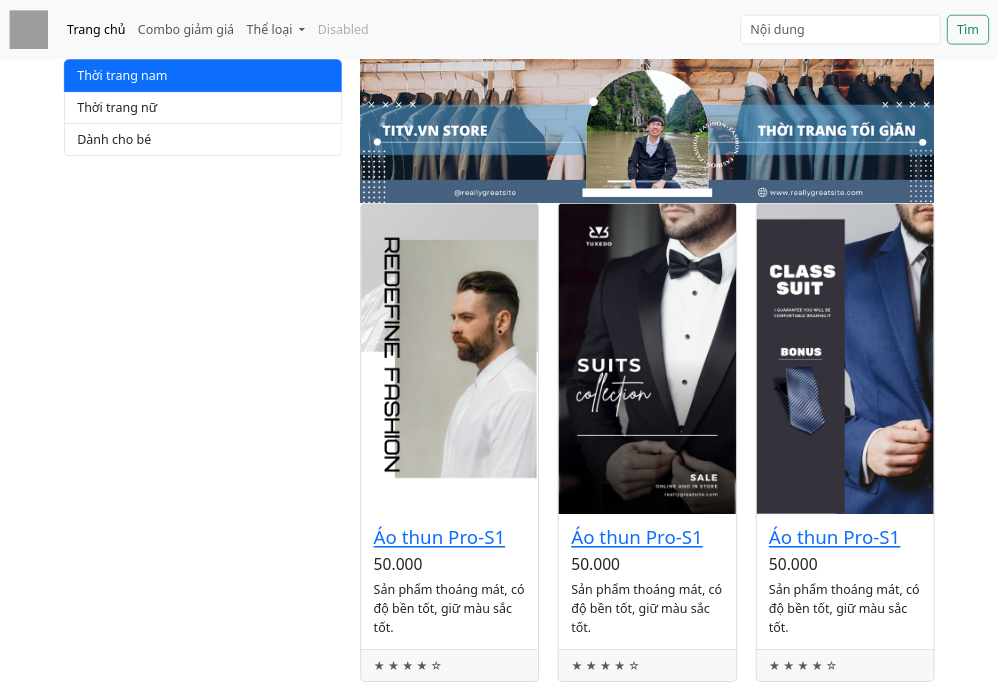
Repository: Vanh260703/Java-Servlet
Page: Bai4_Boostrap/src/main/webapp/index.html
An editor plug-in stored every save of this project. The page is shown before and after the next save, followed by the edit.
The browser window is 1280 px wide. The page is 1280 px wide, then 1292 px, so the pictures cover 1292 px, including what lies to the right of the window. The pictures show the whole page, at 78% of full size.
Pictures or frames that could not be fetched are drawn as grey boxes.

Above is the page before, as saved 2025-03-01 15:05:42.

### Bai4_Boostrap/src/main/webapp/index.html
<!DOCTYPE html>
<html>

<head>
<meta charset="UTF-8">
<title>Ví dụ Boostrap</title>
<link
	href="https://cdn.jsdelivr.net/npm/bootstrap@5.3.3/dist/css/bootstrap.min.css"
	rel="stylesheet"
	integrity="sha384-QWTKZyjpPEjISv5WaRU9OFeRpok6YctnYmDr5pNlyT2bRjXh0JMhjY6hW+ALEwIH"
	crossorigin="anonymous">
<script
	src="https://cdn.jsdelivr.net/npm/@popperjs/core@2.11.8/dist/umd/popper.min.js"
	integrity="sha384-I7E8VVD/ismYTF4hNIPjVp/Zjvgyol6VFvRkX/vR+Vc4jQkC+hVqc2pM8ODewa9r"
	crossorigin="anonymous"></script>
<script
	src="https://cdn.jsdelivr.net/npm/bootstrap@5.3.3/dist/js/bootstrap.min.js"
	integrity="sha384-0pUGZvbkm6XF6gxjEnlmuGrJXVbNuzT9qBBavbLwCsOGabYfZo0T0to5eqruptLy"
	crossorigin="anonymous"></script>
</head>

<body>
	<!--Navbar-->
	<nav class="navbar navbar-expand-lg bg-body-tertiary">
		<div class="container-fluid">
			<a class="navbar-brand" href="#"> <img
				src="https://www.saokim.com.vn/blog/wp-content/uploads/2022/04/logo-moi-cua-starbucks.jpg.webp"
				alt="Bootstrap" width="50" height="50">
			</a>
			<button class="navbar-toggler" type="button"
				data-bs-toggle="collapse" data-bs-target="#navbarSupportedContent"
				aria-controls="navbarSupportedContent" aria-expanded="false"
				aria-label="Toggle navigation">
				<span class="navbar-toggler-icon"></span>
			</button>
			<div class="collapse navbar-collapse" id="navbarSupportedContent">
				<ul class="navbar-nav me-auto mb-2 mb-lg-0">
					<li class="nav-item"><a class="nav-link active"
						aria-current="page" href="#">Trang chủ</a></li>
					<li class="nav-item"><a class="nav-link" href="#">Combo
							giảm giá</a></li>
					<li class="nav-item dropdown"><a
						class="nav-link dropdown-toggle" href="#" role="button"
						data-bs-toggle="dropdown" aria-expanded="false"> Thể loại </a>
						<ul class="dropdown-menu">
							<li><a class="dropdown-item" href="#">Quần Jean</a></li>
							<li><a class="dropdown-item" href="#">Áo thun</a></li>
							<li>
								<hr class="dropdown-divider">
							</li>
							<li><a class="dropdown-item" href="#">Áo sơ mi</a></li>
						</ul></li>
					<li class="nav-item"><a class="nav-link disabled"
						aria-disabled="true">Disabled</a></li>
				</ul>
				<form class="d-flex" role="search">
					<input class="form-control me-2" type="search"
						placeholder="Nội dung" aria-label="Search">
					<button class="btn btn-outline-success" type="submit">Tìm</button>
				</form>
			</div>
		</div>
	</nav>
	<!-- End Navbar -->

	<!-- Page content -->
	<div class="container">
		<div class="row">
			<!-- Menu left -->
			<div class="col-4">
				<div class="list-group">
					<button type="button"
						class="list-group-item list-group-item-action active"
						aria-current="true">Thời trang nam</button>
					<button type="button"
						class="list-group-item list-group-item-action">Thời trang
						nữ</button>
					<button type="button"
						class="list-group-item list-group-item-action">Dành cho
						bé</button>
				</div>
				<!-- End Menu left -->
			</div>
			<!-- Slider and Product right -->
			<div class="col-8 ">
				<!-- Slider -->
				<div id="carouselExampleIndicators" class="carousel slide">
					<div class="carousel-indicators">
						<button type="button" data-bs-target="#carouselExampleIndicators"
							data-bs-slide-to="0" class="active" aria-current="true"
							aria-label="Slide 1"></button>
						<button type="button" data-bs-target="#carouselExampleIndicators"
							data-bs-slide-to="1" aria-label="Slide 2"></button>
						<button type="button" data-bs-target="#carouselExampleIndicators"
							data-bs-slide-to="2" aria-label="Slide 3"></button>
					</div>
					<div class="carousel-inner">
						<div class="carousel-item active">
							<img src="img/slider/1.png" class="d-block w-100" alt="...">
						</div>
						<div class="carousel-item">
							<img src="img/slider/1.png" class="d-block w-100" alt="...">
						</div>
						<div class="carousel-item">
							<img src="img/slider/1.png" class="d-block w-100" alt="...">
						</div>
					</div>
					<button class="carousel-control-prev" type="button"
						data-bs-target="#carouselExampleIndicators" data-bs-slide="prev">
						<span class="carousel-control-prev-icon" aria-hidden="true"></span>
						<span class="visually-hidden">Previous</span>
					</button>
					<button class="carousel-control-next" type="button"
						data-bs-target="#carouselExampleIndicators" data-bs-slide="next">
						<span class="carousel-control-next-icon" aria-hidden="true"></span>
						<span class="visually-hidden">Next</span>
					</button>
				</div>
				<!-- End Slider -->
				<!-- Products -->
				<div class="row">
					<div class="col-lg-4 col-md-6 mb-4">
						<div class="card h-100">
							<a href="#"><img class="card-img-top" src="img/products/prd-1.png"
								alt=""></a>
							<div class="card-body">
								<h4 class="card-title">
									<a href="#">Áo thun Pro-S1</a>
								</h4>
								<h5>50.000</h5>
								<p class="card-text">Sản phẩm thoáng mát, có độ bền tốt, giữ
									màu sắc tốt.</p>
							</div>
							<div class="card-footer">
								<small class="text-muted">&#9733; &#9733; &#9733;
									&#9733; &#9734;</small>
							</div>
						</div>
					</div>

					<div class="col-lg-4 col-md-6 mb-4">
						<div class="card h-100">
							<a href="#"><img class="card-img-top" src="img/products/prd_2.png"
								alt="" ></a>
							<div class="card-body">
								<h4 class="card-title">
									<a href="#">Áo thun Pro-S1</a>
								</h4>
								<h5>50.000</h5>
								<p class="card-text">Sản phẩm thoáng mát, có độ bền tốt, giữ
									màu sắc tốt.</p>
							</div>
							<div class="card-footer">
								<small class="text-muted">&#9733; &#9733; &#9733;
									&#9733; &#9734;</small>
							</div>
						</div>
					</div>


					<div class="col-lg-4 col-md-6 mb-4">
						<div class="card h-100">
							<a href="#"><img class="card-img-top" src="img/products/prd-3.png"
								alt="" ></a>
							<div class="card-body">
								<h4 class="card-title">
									<a href="#">Áo thun Pro-S1</a>
								</h4>
								<h5>50.000</h5>
								<p class="card-text">Sản phẩm thoáng mát, có độ bền tốt, giữ
									màu sắc tốt.</p>
							</div>
							<div class="card-footer">
								<small class="text-muted">&#9733; &#9733; &#9733;
									&#9733; &#9734;</small>
							</div>
						</div>
					</div>

				</div>
				<!-- End Products -->
			</div>
			<!-- End Slider and Products -->
		</div>
	</div>
	<!--  End Page content -->

</body>

</html>

After the next save:
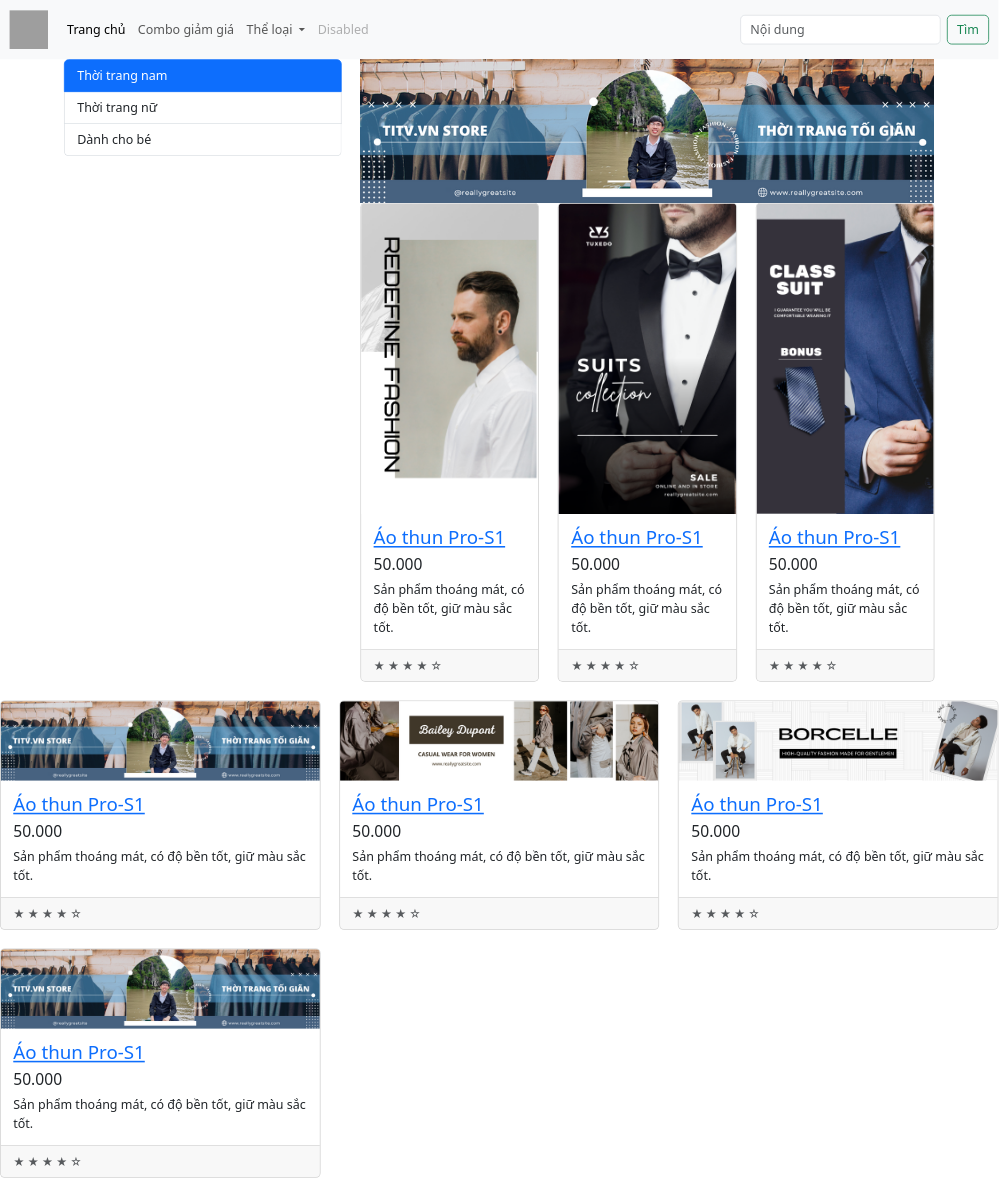
Saved 3 min 4 s later.
--- a/Bai4_Boostrap/src/main/webapp/index.html
+++ b/Bai4_Boostrap/src/main/webapp/index.html
@@ -121,8 +121,8 @@
 				<div class="row">
 					<div class="col-lg-4 col-md-6 mb-4">
 						<div class="card h-100">
-							<a href="#"><img class="card-img-top" src="img/products/prd-1.png"
-								alt=""></a>
+							<a href="#"><img class="card-img-top"
+								src="img/products/prd-1.png" alt=""></a>
 							<div class="card-body">
 								<h4 class="card-title">
 									<a href="#">Áo thun Pro-S1</a>
@@ -140,8 +140,8 @@
 
 					<div class="col-lg-4 col-md-6 mb-4">
 						<div class="card h-100">
-							<a href="#"><img class="card-img-top" src="img/products/prd_2.png"
-								alt="" ></a>
+							<a href="#"><img class="card-img-top"
+								src="img/products/prd_2.png" alt=""></a>
 							<div class="card-body">
 								<h4 class="card-title">
 									<a href="#">Áo thun Pro-S1</a>
@@ -160,8 +160,8 @@
 
 					<div class="col-lg-4 col-md-6 mb-4">
 						<div class="card h-100">
-							<a href="#"><img class="card-img-top" src="img/products/prd-3.png"
-								alt="" ></a>
+							<a href="#"><img class="card-img-top"
+								src="img/products/prd-3.png" alt=""></a>
 							<div class="card-body">
 								<h4 class="card-title">
 									<a href="#">Áo thun Pro-S1</a>
@@ -184,7 +184,86 @@
 		</div>
 	</div>
 	<!--  End Page content -->
-
+	<!-- Footer -->
+	<div class="row">
+		<div class="col-lg-4 col-md-6 mb-4">
+			<div class="card h-100">
+				<a href="#"><img class="card-img-top" src="img/product/1.png"
+					alt=""></a>
+				<div class="card-body">
+					<h4 class="card-title">
+						<a href="#">Áo thun Pro-S1</a>
+					</h4>
+					<h5>50.000</h5>
+					<p class="card-text">Sản phẩm thoáng mát, có độ bền tốt, giữ
+						màu sắc tốt.</p>
+				</div>
+				<div class="card-footer">
+					<small class="text-muted">&#9733; &#9733; &#9733; &#9733;
+						&#9734;</small>
+				</div>
+			</div>
+		</div>
+
+		<div class="col-lg-4 col-md-6 mb-4">
+			<div class="card h-100">
+				<a href="#"><img class="card-img-top" src="img/product/2.png"
+					alt=""></a>
+				<div class="card-body">
+					<h4 class="card-title">
+						<a href="#">Áo thun Pro-S1</a>
+					</h4>
+					<h5>50.000</h5>
+					<p class="card-text">Sản phẩm thoáng mát, có độ bền tốt, giữ
+						màu sắc tốt.</p>
+				</div>
+				<div class="card-footer">
+					<small class="text-muted">&#9733; &#9733; &#9733; &#9733;
+						&#9734;</small>
+				</div>
+			</div>
+		</div>
+
+
+		<div class="col-lg-4 col-md-6 mb-4">
+			<div class="card h-100">
+				<a href="#"><img class="card-img-top" src="img/product/3.png"
+					alt=""></a>
+				<div class="card-body">
+					<h4 class="card-title">
+						<a href="#">Áo thun Pro-S1</a>
+					</h4>
+					<h5>50.000</h5>
+					<p class="card-text">Sản phẩm thoáng mát, có độ bền tốt, giữ
+						màu sắc tốt.</p>
+				</div>
+				<div class="card-footer">
+					<small class="text-muted">&#9733; &#9733; &#9733; &#9733;
+						&#9734;</small>
+				</div>
+			</div>
+		</div>
+
+		<div class="col-lg-4 col-md-6 mb-4">
+			<div class="card h-100">
+				<a href="#"><img class="card-img-top" src="img/product/1.png"
+					alt=""></a>
+				<div class="card-body">
+					<h4 class="card-title">
+						<a href="#">Áo thun Pro-S1</a>
+					</h4>
+					<h5>50.000</h5>
+					<p class="card-text">Sản phẩm thoáng mát, có độ bền tốt, giữ
+						màu sắc tốt.</p>
+				</div>
+				<div class="card-footer">
+					<small class="text-muted">&#9733; &#9733; &#9733; &#9733;
+						&#9734;</small>
+				</div>
+			</div>
+		</div>
+	</div>
+	<!-- End Footer -->
 </body>
 
 </html>
